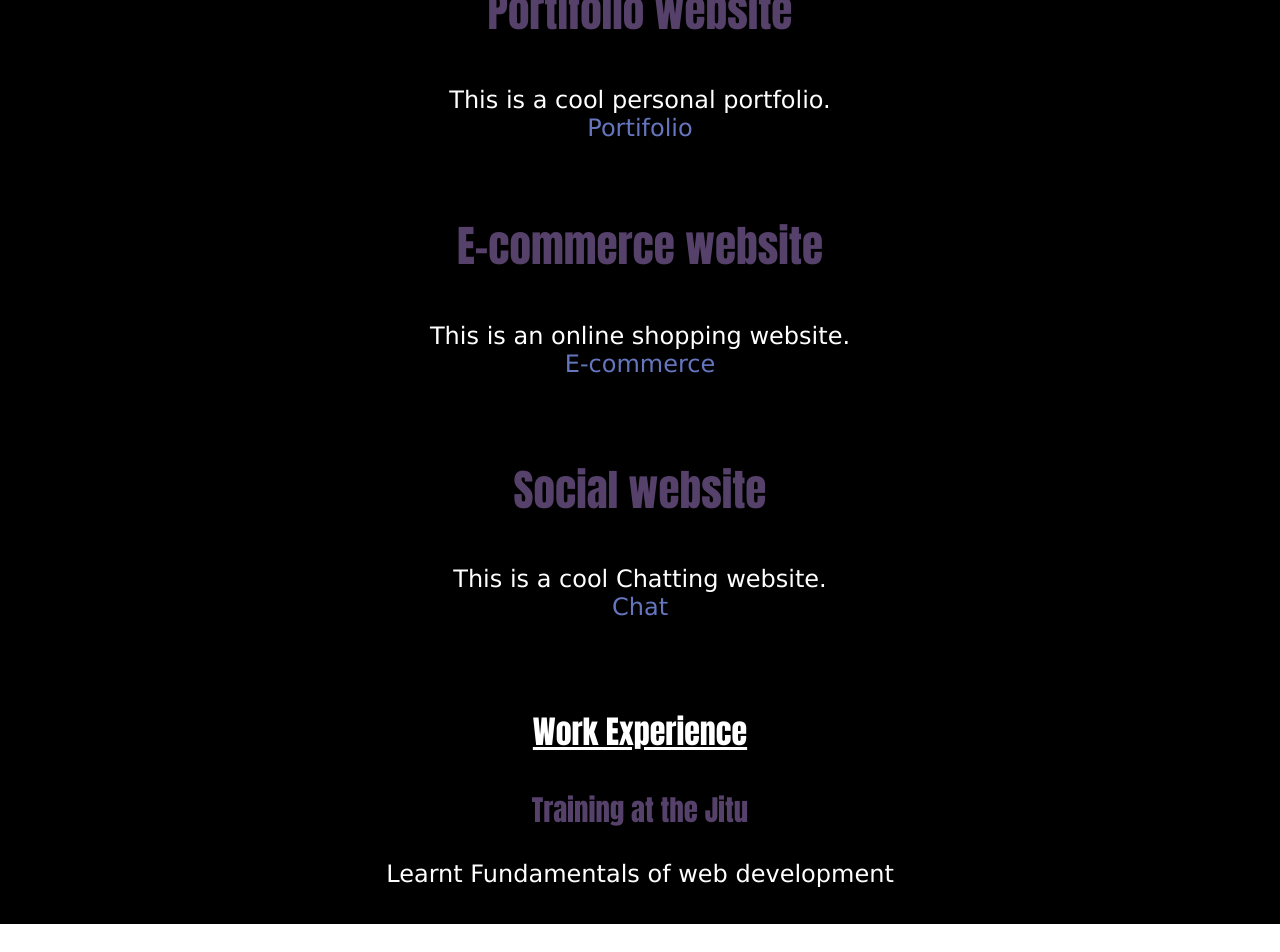
Repository: LaukeyMwaura/Jitu-Day-2
Page: index.html
The author's editor kept a copy of each file at every save. The page is drawn from the files as they stood at one save, then again after the next save.
The browser window is 1280 px wide. The pictures show the part of the page from y = 1568 to 2520 px (the page is 2520 px tall).
A picture or video elsewhere on the page could not be fetched, so the positions and the page height are approximate.

Above is the page before, as saved 2022-05-12 00:41:27.

### index.html
<!DOCTYPE html>
<html lang="en">
  <head>
    <meta charset="UTF-8" />
    <meta http-equiv="X-UA-Compatible" content="IE=edge" />
    <meta name="viewport" content="width=device-width, initial-scale=1.0" />
    <title>First Site</title>
    <link rel="stylesheet" href="./style.css">
  </head>
  <body>
    <nav class="nav">
      <ul class="list" style="list-style-type: circle">
        <li><a href="#about">About </a></li>
        <li><a href="#skills">Skills </a></li>
        <li><a href="#education">Education </a></li>
        <li><a href="#projects">Projects </a></li>
        <li><a href="#work">Work </a></li>
      </ul>
    </nav>
    <div id="about">
      <h1 class="heading" id="about-me">About Me</h1>
      <div class="about">
        <p class="text">Music Lover

        </p>
        <br>
         <p class="text"> Programming Enthusiast.</p>
          <p class="text">Let's connect:</p>
      <ul class="links">
     <li><a class="link" target="_blank" href="https://devlaukey.netlify.com/">Website</a></li>

        <li> <a target="_blank" href="https://www.linkedin.com/in/devlaukey/"
        >LinkedIn</a
      ></li>
        <li>
      <a target="_blank" href="https://github.com/DevLaukey">Github</a></li>
      </ul>

      <img
        height="450"
        weight="450"
        src="https://devlaukey.netlify.app/uploads/me.jpeg"
        alt=""
      />

      </div>


    </div>
    <div id="skills" >
      <h1 class="heading">Skills</h1>
      <ul class="skills">
        <li id="html">HTML</li>
        <li>CSS</li>
        <li>Javascript</li>
      </ul>
    </div>

    <div class="education" id="education">
      <h1 class="heading">Education</h1>
      <div class="text">
        <h1 class="subheading">University</h1>
        <p class="">Dedan Kimathi University</p>
        <p>Bsc. Computer Science</p>
        <p>Aug 2020 - Nov 2024</p>
      </div>
      <br>
      <br>
      <div class="text">
        <h1 class="subheading">HighSchool</h1>
        <p>Njiiri School</p>
        <p>Feb 2016 - Nov 2019</p>
      </div>
    </div>
    <br>
    <div class="project" id="projects">
      <h1 class="heading">Projects</h1>
      <div class="project text" >
        <h4 class="subheading">Portifolio website</h4>
        <p>This is a cool personal portfolio.</p>
        <a href="https://devlaukey.netlify.app/">Portifolio</a>
        <br><br>
      </div>
      <div class="project text">
        <h4 class="subheading">E-commerce website</h4>
        <p>This is an online shopping website.</p>
        <a href="https://victor-100.web.app/">E-commerce</a>
      </div>
      <br><br>
      <div class="project text">
        <h4 class="subheading">Social website</h4>
        <p>This is a cool Chatting website.</p>
        <a href="https://messenger-clone-70550.web.app/">Chat</a>
      </div>
      <br><br><br>
    </div>
    <div id="work" class=" work">
      <h1 class="heading">Work Experience</h1>
      <div>
        <h4 class="subheading"> Training at the Jitu</h4>
        <p class="text">Learnt Fundamentals of web development</p>
      </div>
    </div>
    <br><br>
    <footer>
      <p class="text footer">Dev Laukey</p>
    </footer>
  </body>
</html>

### style.css
* {
  margin: 0;
  padding: 0;
  box-sizing: border-box;
}
body {
  background-color: black;
  color: white;
}
.about {
  font-family: Impact, Haettenschweiler, "Arial Narrow Bold", sans-serifs;
}
.heading {
  text-decoration: underline;
  text-align: center;
  font-size: 2em;
  font-family: Impact, Haettenschweiler, "Arial Narrow Bold", sans-serifs;
  margin: 1em;
}
.subheading {
  text-align: center;
  color: rgb(86, 65, 107);
  font-size: 1.8em;
  font-family: Impact, Haettenschweiler, "Arial Narrow Bold", sans-serifs;
  margin: 1em;
}
.list {
  display: flex;
  text-align: center;
  justify-content: center;
  overflow: hidden;
}

.list > li {
  margin: 10px 5px;
  font-size: 1.5rem;
  padding: 10px 10px 0 10px;
  font-family: "Courier New", Courier, monospace;
}
li {
  list-style: none;
}
.links {
  padding: 10px;
}
a {
  text-decoration: none;
  color: rgb(102, 118, 190);
}

.text {
    text-align: center;
  font-size: 1.5em;
  font-family: "Lucida Sans", "Lucida Sans Regular", "Lucida Grande",
    "Lucida Sans Unicode", Geneva, Verdana, sans-serif;
}

.about {
  display: flex;

  justify-content: space-evenly;
}

.skills {
  color: rgb(180, 153, 153);
  text-align: center;
  font-size: 2rem;
}

footer{
    background-color:white;
}

After the next save:
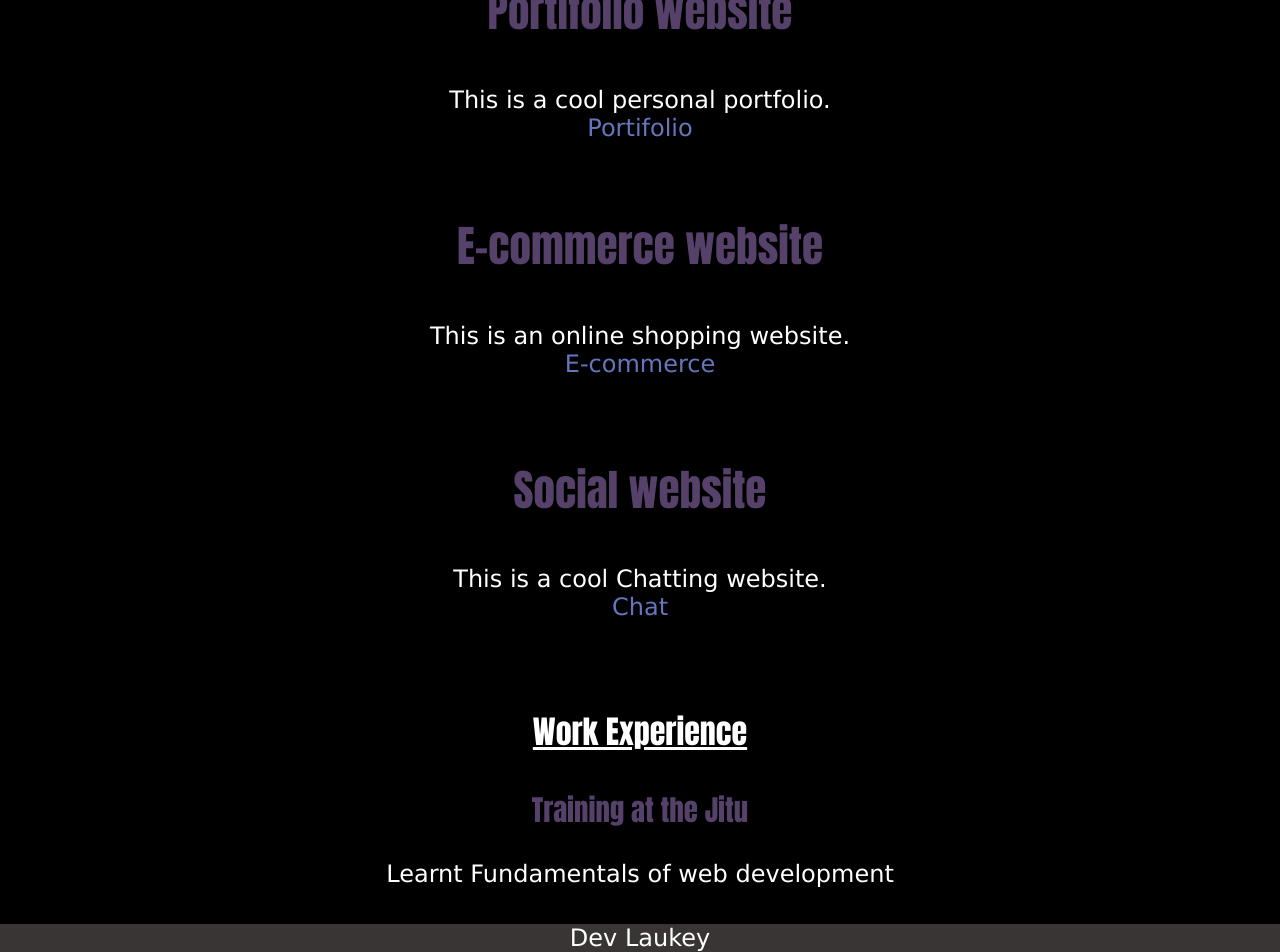
Saved 7 s later.
--- a/style.css
+++ b/style.css
@@ -68,5 +68,5 @@ a {
 }
 
 footer{
-    background-color:white;
+    background-color:rgb(58, 53, 53);
 }
